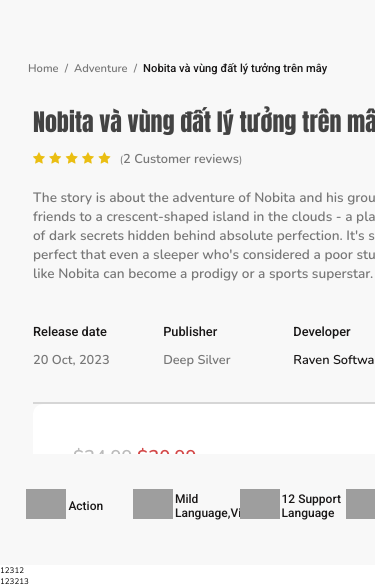
Repository: NguyenDinhThuyVy/TestWebsite
Page: detail.html
An editor plug-in stored every save of this project. The page is shown before and after the next save, followed by the edit.
The browser window is 375 px wide. The pictures show the part of the page from y = 600 to 1483 px (the page is 1187 px tall before and 1483 px after).
Pictures or frames that could not be fetched are drawn as grey boxes. Some web fonts or font styles are not loaded; a fallback is used.

Above is the page before, as saved 2023-09-30 21:56:44.

### detail.html
<!DOCTYPE html>
<html lang="en">
  <head>
    <meta charset="UTF-8" />
    <meta name="viewport" content="width=device-width, initial-scale=1.0" />
    <title>Document</title>
    <link rel="preconnect" href="https://fonts.gstatic.com" />
    <link
      href="https://fonts.googleapis.com/css2?family=Poppins:wght@400;600&display=swap"
      rel="stylesheet"
    />
    <link
      rel="stylesheet"
      href="https://cdnjs.cloudflare.com/ajax/libs/font-awesome/4.7.0/css/font-awesome.min.css"
      integrity="sha512-SfTiTlX6kk+qitfevl/7LibUOeJWlt9rbyDn92a1DqWOw9vWG2MFoays0sgObmWazO5BQPiFucnnEAjpAB+/Sw=="
      crossorigin="anonymous"
    />
    <link
      href="https://fonts.googleapis.com/css2?family=Poppins:wght@300;400;700&display=swap"
      rel="stylesheet"
    />
    <link rel="stylesheet" href="./style.css" />
  </head>
  <body>
    <div class="content">
      <section class="content-wrapper">
        <!-- Start main detail area -->
        <div class="detail-wrapper">
          <!-- Start product-view area -->
          <div class="product-view">
            <img
              src="https://i.ebayimg.com/images/g/8vIAAOSwztNg1quw/s-l1600.jpg"
              alt=""
              class="product-img"
            />
            <div class="product-labels">
              <span class="product-onsale">-33%</span>
              <span class="product-feature">HOT</span>
            </div>
          </div>
          <!-- End product-view area -->
          <!-- Start product-content area -->
          <div class="product-content">
            <!-- Start header-detail area -->
            <div class="header-detail">
              <div class="path-detail">
                <nav class="product-path">
                  <a href="#" class="home">Home</a>
                  <a href="#" class="icon-division">/</a>
                  <a href="#" class="Adventure">Adventure</a>
                  <a href="#" class="icon-division">/</a>
                  <span class="product-name"
                    >Nobita và vùng đất lý tưởng trên mây</span
                  >
                </nav>
              </div>
              <div class="product-management">
                <i class="fa fa-angle-left product-pre"></i>
                <i class="fa fa fa-th-large product-large"></i>
                <i class="fa fa-angle-right product-next"></i>
              </div>
            </div>
            <!-- End header-detail area -->
            <!-- Start content-detail area -->
            <div class="content-detail">
              <div class="product-information">
                <h1 class="product-title">
                  Nobita và vùng đất lý tưởng trên mây
                </h1>
                <div class="product-reviews">
                  <i class="fa fa-solid fa-star fa-2xl icon-star"></i>
                  <i class="fa fa-solid fa-star fa-2xl icon-star"></i>
                  <i class="fa fa-solid fa-star fa-2xl icon-star"></i>
                  <i class="fa fa-solid fa-star fa-2xl icon-star"></i>
                  <i class="fa fa-solid fa-star fa-2xl icon-star"></i>
                  <span class="customer-review"
                    >(<a href="#" class="customer-review-link"
                      >2 Customer reviews</a
                    >)</span
                  >
                </div>
                <div class="product-description">
                  <p>
                    The story is about the adventure of Nobita and his group of
                    friends to a crescent-shaped island in the clouds - a place
                    full of dark secrets hidden behind absolute perfection. It's
                    so perfect that even a sleeper who's considered a poor
                    student like Nobita can become a prodigy or a sports
                    superstar.
                  </p>
                </div>
                <div class="orther-information">
                  <div class="release-date">
                    <span class="orther-title">Release date</span>
                    <span class="info">20 Oct, 2023</span>
                  </div>
                  <div class="publisher">
                    <span class="orther-title">Publisher</span>
                    <span class="info">Deep Silver</span>
                  </div>
                  <div class="developer">
                    <span class="orther-title">Developer</span>
                    <a href="#" class="dev-link">Raven Software</a>
                  </div>
                </div>
              </div>
              <!-- Start product-purchase-table area -->
              <div class="product-purchase-table">
                <div class="product-price">
                  <span class="old-price">$34.99</span>
                  <span class="current-price">$20.99</span>
                </div>
                <div class="platform">
                  <span class="plat-text">Platform:</span>
                  <div class="plat-dropdown">
                    <span class="dropdown-text">Choose an option</span>
                    <i class="fa fa-light fa-chevron-down icon-down"></i>
                  </div>
                </div>
                <div class="edition">
                  <span class="edi-text">Edition:</span>
                  <div class="edi-dropdown">
                    <span class="dropdown-text">Choose an option</span>
                    <i class="fa fa-light fa-chevron-down icon-down"></i>
                  </div>
                </div>
                <div class="product-payment">
                  <div class="col-wrap product-number">
                    <div class="col col-minus">
                      <i class="fa fa-light fa-minus fa-xs"></i>
                    </div>
                    <div class="col col-number">
                      <span>1</span>
                    </div>
                    <div class="col col-plus">
                      <i class="fa fa-light fa-plus fa-xs"></i>
                    </div>
                  </div>
                  <button class="product-add">
                    <span class="add-text">Add To Cart</span>
                  </button>
                  <button class="product-buy">
                    <span class="buy-text">Buy Now</span>
                  </button>
                </div>
                <footer class="another-choice">
                  <div class="favorite-product">
                    <a href="#" class="favpro-text">
                      <i class="fa fa-heart-o icon-heart"></i> Add to
                      wishlist</a
                    >
                  </div>
                  <div class="product-share">
                    <span class="prosha-text">Share:</span>
                    <a href="#" class="social-network icon-facebook"
                      ><i class="fa fa-brands fa-facebook-f icon-facebook"></i
                    ></a>
                    <a href="#" class="social-network icon-twitter"
                      ><i class="fa fa-brands fa-twitter icon-twitter"></i
                    ></a>
                    <a href="#" class="social-network icon-mail"
                      ><i class="fa fa-solid fa-envelope icon-mail"></i
                    ></a>
                    <a href="#" class="social-network icon-telegram"
                      ><i class="fa fa-brands fa-telegram icon-telegram"></i
                    ></a>
                  </div>
                </footer>
              </div>
              <!-- End product-purchase-table area -->
            </div>
            <!-- End content-detail area -->
            <div class="footer-content">
              <table class="footer-tb">
                <tbody class="footer-detail">
                  <tr class="action">
                    <th class="item-label">
                      <img
                        src="	https://woodmart.b-cdn.net/games/wp-content/uploads/sites/14/2023/05/wd-vgs-product-genre-w.svg"
                        alt=""
                        class="img-item"
                      />
                    </th>
                    <td class="item-value">
                      <p><a href="#">Action</a></p>
                    </td>
                  </tr>
                  <tr class="mild-language">
                    <th class="item-label">
                      <img
                        src="	https://woodmart.b-cdn.net/games/wp-content/uploads/sites/14/2023/07/PEGI_12.jpg.webp"
                        alt=""
                        class="img-item"
                      />
                    </th>
                    <td class="item-value">
                      <p><a href="#">Mild Language,Violence</a></p>
                    </td>
                  </tr>
                  <tr class="support-language">
                    <th class="item-label">
                      <img
                        src="	https://woodmart.b-cdn.net/games/wp-content/uploads/sites/14/2023/05/wd-vgs-product-languages-w.svg"
                        alt=""
                        class="img-item"
                      />
                    </th>
                    <td class="item-value">
                      <p><a href="#">12 Support Language</a></p>
                    </td>
                  </tr>
                  <tr class="single-player">
                    <th class="item-label">
                      <img
                        src="	https://woodmart.b-cdn.net/games/wp-content/uploads/sites/14/2023/05/wd-vgs-product-features-w.svg"
                        alt=""
                        class="img-item"
                      />
                    </th>
                    <td class="item-value">
                      <p><a href="#">12 Support Language</a></p>
                    </td>
                  </tr>
                </tbody>
              </table>
            </div>
          </div>
          <!-- End product-content area -->
        </div>
        <!-- End  main detail area -->
        <!-- {/* Specification */} -->
        <div>12312</div>
        <!-- {/* Customer Reviews */} -->
        <div>123213</div>
      </section>
    </div>
  </body>
</html>

### style.css
@import url("https://fonts.googleapis.com/css2?family=Merienda+One&family=Nunito:wght@200;300;400;500;600&display=swap");
@import url('https://fonts.googleapis.com/css2?family=Anton&family=Archivo+Black&family=Bebas+Neue&family=Borel&family=Cabin&family=Montserrat&family=Oswald:wght@200&family=Roboto:wght@500&display=swap');



:root {
  --title-color: rgb(67, 67, 67);
  --line-color: #adabab37;
  --white: rgb(255, 253, 253);
  --main-color: #F7F7F7;
  --bcg-detail-color: #f8f8f8;
  --labels-color: #fdf7f7;
  --product-purchase-table: #ffffff;
  --hover-color: #c81d1dce;
  --bcg-add: #ce1515c4;
  --star-color: #EABE12;
  --black: #191717;
  --white: #fff;
  --light-color: #eac794;
  --border: .2rem solid var(--black);
  --box-shadow: 0 .5rem 1rem rgba(0, 0, 0, .1);
  --fontcolor: #777777;
  --icon-down: #77777758;
  --old-price: #BBBBBB;
  --boder-number: #c62323b5;
  --bcg-add-hover: #bc1313dd;
  --bcg-buy: #c73d3d77
}

* {
  font-family: 'Nunito', sans-serif;
  margin: 0;
  padding: 0;
  -webkit-box-sizing: border-box;
  box-sizing: border-box;
  outline: none;
  border: none;
  text-decoration: none;
  text-transform: none;
}

*::-moz-selection {
  background-color: var(--bcg-detail-color);
  color: var(--white);
}

*::selection {
  background-color: var(--bcg-detail-color);
  color: var(--white);
}

::-webkit-scrollbar {
  height: 0.5rem;
  width: 1rem;
}

::-webkit-scrollbar-track {
  background-color: transparent;
}

::-webkit-scrollbar-thumb {
  background-color: var(--li);
}

html {
  font-size: 62.5%;
  overflow-x: hidden;
  scroll-behavior: smooth;
  scroll-padding-top: 6.5rem;
}

/*detail-wrapper  */
.detail-wrapper {
  display: grid;
  grid-template-columns: 30% 70%;
  background-color: var(--bcg-detail-color);
  height: 650px;
  overflow: hidden;
  /* align-items: stretch; */
}

/* <!-- Start product-view area --> */
.product-view {
  font-size: 2rem;
  margin: 20px 20px 40px 20px;
  width: 100%;
  height: 580px;
  /* height: 100; */
  overflow: hidden;
  position: relative;
}

.product-view .product-img {
  object-fit: cover;
  height: 100%;
  width: 100%;
  border-radius: 10px;
  border: #333 solid 1px;
}

.product-view .product-labels {
  position: absolute;
  top: 0;
  right: 0;
  z-index: 2;
  margin: 15px;
  display: flex;
  flex-direction: column;
  width: 50px;
}

.product-view .product-labels .product-onsale,
.product-view .product-labels .product-feature {
  border-radius: 20px;
  background-color: var(--labels-color);
  text-align: center;
  margin-bottom: 10px;
  padding: 5px;
  font-size: 1.1rem;
  font-weight: 900;
}

/* <!-- End product-view area --> */

/* <!-- Start product-content area --> */
.product-content {
  width: 100%;
  margin: 20px 20px 20px 30px;
  width: auto;
}

/*  <!-- Start header-detail area --> */
.header-detail {
  background-color: var(--bcg-detail-color);
  z-index: 1000;
  display: flex;
  justify-content: space-between;
  align-items: center;
}

.header-detail .path-detail {
  display: -webkit-box;
  display: -ms-flexbox;
  display: flex;
  -webkit-box-align: center;
  position: relative;
  padding: 0 2rem;
}


.header-detail .path-detail .product-path a,
.header-detail .path-detail .product-name {
  margin-left: 0.5rem;
  font-size: 1.4rem;
  color: var(--fontcolor);
  text-decoration: none;
  font-weight: 800;
}

.header-detail .path-detail .product-name {
  color: var(--black);
  font-family: 'Roboto', sans-serif;
  font-weight: 150;
}

.header-detail .path-detail .product-path a:hover:not(.icon-division) {
  text-decoration: underline;
  color: var(--black);
  text-decoration: none;
}

.header-detail .product-management {
  font-size: 1.5rem;
  color: var(--black);
  cursor: pointer;
}

.header-detail .product-management .product-large {
  margin: 0 10px
}

/*   <!-- End header-detail area --> */

/*     <!-- Start content-detail area --> */
.content-detail {
  margin: 28px 0px 0px 25px;
  display: grid;
  grid-template-columns: 60% 40%;
  overflow: hidden;
  height: 350px;
}

.content-detail .product-information {
  margin-right: 10px;
}

.content-detail .product-information .product-title {
  font-family: 'Anton', sans-serif;
  font-size: 3rem;
  font-weight: 250;
  color: var(--title-color);
}

.content-detail .product-information .product-reviews {
  margin: 10px 0px 20px 0px;
}

.content-detail .product-information .product-reviews .icon-star {
  margin-right: 0.3rem;
  color: var(--star-color);
  font-size: 1.6rem;
}

.content-detail .product-information .product-reviews .customer-review {
  color: var(--fontcolor);
  font-size: 1.3rem;
  margin-left: 5px;
}

.content-detail .product-information .product-reviews .customer-review .customer-review-link {
  color: var(--fontcolor);
  font-size: 1.6rem;
  font-weight: 800;
}

.content-detail .product-information .product-reviews .customer-review .customer-review-link:hover {
  color: var(--black);
}

.content-detail .product-information .product-description {
  color: var(--fontcolor);
  font-size: 1.7rem;
  font-weight: 600;
  margin-bottom: 41px;
}

.content-detail .product-information .orther-information {
  height: 80px;
  display: grid;
  grid-template-columns: calc(100%/3) calc(100%/3) calc(100%/3);
  border-bottom: var(--line-color) outset 2px;
}

.content-detail .product-information .orther-information .release-date,
.publisher,
.developer {
  font-size: 1.6rem;
  font-weight: 600;
  display: grid;
  grid-template-rows: 35% 35%;
}

.content-detail .product-information .orther-information .orther-title {
  color: var(--black);
  font-family: 'Roboto', sans-serif;
  font-weight: 150;
}

.content-detail .product-information .orther-information .info {
  color: var(--fontcolor);
}

.content-detail .product-information .orther-information .dev-link {
  color: var(--black);
}

.content-detail .product-information .orther-information .dev-link:hover {
  color: var(--hover-color)
}

/*      <!-- Start product-purchase-table area --> */

.content-detail .product-purchase-table {
  width: 100%;
  background-color: var(--product-purchase-table);
  padding: 40px;
  border-radius: 10px;
  /* font-family: 'Roboto', sans-serif; */
}

.content-detail .product-purchase-table .product-price {
  font-family: 'Roboto', sans-serif;
  font-size: 2.3rem;
  font-weight: 900;
}

.content-detail .product-purchase-table .product-price .old-price {
  text-decoration: line-through;
  color: var(--old-price);
}

.content-detail .product-purchase-table .product-price .current-price {
  color: var(--hover-color);
}

.content-detail .product-purchase-table .platform,
.content-detail .product-purchase-table .edition {
  margin-top: 15px;
  display: grid;
  grid-template-columns: 26% 72%;
  font-family: 'Roboto', sans-serif;
  font-size: 1.6rem;
  align-items: center;
  height: 50px;
}

.content-detail .product-purchase-table .platform .plat-text,
.content-detail .product-purchase-table .edition .edi-text {
  font-weight: 800;
}

.content-detail .product-purchase-table .platform .plat-dropdown,
.content-detail .product-purchase-table .edition .edi-dropdown {
  display: flex;
  border: var(--line-color) solid 2px;
  border-radius: 20px;
  padding: 10px;
  font-size: 1.3rem;
  align-items: center;
  justify-content: space-between;
  color: var(--fontcolor);
  cursor: pointer;
}

.content-detail .product-purchase-table .platform .plat-dropdown .icon-down,
.content-detail .product-purchase-table .edition .edi-dropdown .icon-down {
  color: var(--icon-down);
}

.content-detail .product-purchase-table .product-payment {
  width: 100%;
  height: 50px;
  display: grid;
  margin-top: 20px;
  grid-template-columns: 30% 40% 30%;
  place-items: center;
}

.content-detail .product-purchase-table .product-payment .product-number {
  overflow: hidden;
  display: table;
  width: 95%;
  height: 40px;
  vertical-align: middle;
  text-align: center;
  margin-right: 10px;
}

.content-detail .product-purchase-table .product-payment .product-number .col {
  display: table-cell;
  padding: 0.6rem;
  vertical-align: middle;
  text-align: center;
}

.content-detail .product-purchase-table .product-payment .product-number .col-number {
  border-top: var(--line-color) solid 2px;
  border-bottom: var(--line-color) solid 2px;
  color: var(--fontcolor);
  font-size: 1.3rem;
}

.content-detail .product-purchase-table .product-payment .product-number .col-plus {
  border: var(--line-color) solid 2px;
  border-radius: 0px 30px 30px 0px;
  cursor: pointer;
  color: var(--fontcolor);
  font-weight: 100;
  font-size: 1.1rem;
}

.content-detail .product-purchase-table .product-payment .product-number .col-minus {
  border: var(--line-color) solid 2px;
  border-radius: 30px 0px 0px 30px;
  cursor: pointer;
  color: var(--fontcolor);
  font-weight: 100;
  font-size: 1.1rem;
}

.content-detail .product-purchase-table .product-payment .product-number .col-plus:hover,
.content-detail .product-purchase-table .product-payment .product-number .col-minus:hover {
  background-color: var(--hover-color);
  border: var(--boder-number) solid 2px;
  color: var(--white);
}

.content-detail .product-purchase-table .product-payment .product-add {
  font-family: 'Roboto', sans-serif;
  font-size: 1.4rem;
  font-weight: bolder;
  width: 90%;
  height: 40px;
  border: none;
  cursor: pointer;
  background-color: var(--bcg-add);
  border-radius: 20px;
  color: var(--white);
}

.content-detail .product-purchase-table .product-payment .product-add:hover {
  background-color: var(--bcg-add-hover);
}

.content-detail .product-purchase-table .product-payment .product-buy {
  font-family: 'Roboto', sans-serif;
  font-size: 1.4rem;
  font-weight: bolder;
  width: 95%;
  height: 40px;
  border: none;
  cursor: pointer;
  background-color: var(--bcg-buy);
  border-radius: 20px;
  color: var(--black)
}

.content-detail .product-purchase-table .product-payment .product-buy:hover {
  background-color: #8f3c3c30;
}

.content-detail .product-purchase-table .another-choice {
  display: grid;
  grid-template-columns: 50% 50%;
  margin-top: 23px;
  font-size: 1.6rem;
  font-weight: 900;
}

.content-detail .product-purchase-table .another-choice .favorite-product .favpro-text,
.content-detail .product-purchase-table .another-choice .product-share,
.content-detail .product-purchase-table .another-choice .product-share .prosha-text {
  color: var(--black);
  text-transform: none;
}

.content-detail .product-purchase-table .another-choice .favorite-product .favpro-text:hover {
  color: var(--fontcolor);
}

.content-detail .product-purchase-table .another-choice .product-share .social-network {
  color: var(--fontcolor);
  margin-left: 8px;
}

.content-detail .product-purchase-table .another-choice .product-share .social-network:hover {
  color: var(--black);
}

.product-content .footer-content {
  margin: 3.8rem 0px 0px 1.8rem;
}

.product-content .footer-content .footer-tb {
  width: 100%;
}

.product-content .footer-content .footer-detail {
  width: 100%;
  display: grid;
  grid-template-columns: calc(100% /4) calc(100% /4) calc(100% /4) calc(100% /4);
  height: 57px;
  overflow: hidden;
}


.product-content .footer-content .footer-detail .img-item {
  width: 5rem;
  height: 4rem;
  object-fit: contain;
}

.product-content .footer-content .footer-detail .item-value a {
  font-size: 1.5rem;
  color: var(--black);
  font-family: 'Roboto', sans-serif;
  font-weight: 150;
}

.product-content .footer-content .footer-detail .item-value a:hover {
  color: var(--bcg-add-hover);
}

@media(max-width: 991px) {
  html {
    font-size: 55%;
  }
}

@media(max-width: 600px) {
  html {
    font-size: 55%;
  }

  .detail-wrapper {
    display: grid;
    grid-template-columns: 1fr;
    background-color: var(--bcg-detail-color);
    height: auto;
    overflow: hidden;
    /* align-items: stretch; */
  }

  .product-view {
    font-size: 2rem;
    margin: 20px 20px 40px 20px;
    width: 88%;
    height: 580px;
    /* height: 100; */
    overflow: hidden;
    position: relative;
  }

  .product-content {
    width: 90%;
    margin: 20px 20px 20px 8px;
  }

  .content-detail {
    margin: 28px 0px 0px 25px;
    display: grid;
    grid-template-columns: 1fr;
    overflow: hidden;
    height: 350px;
  }

}

@media(max-width: 450px) {
  html {
    font-size: 50%;
  }
}

After the next save:
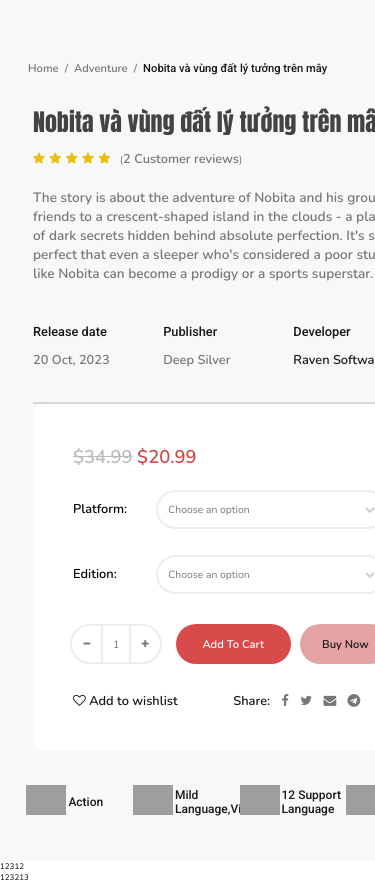
Saved 5 s later.
--- a/style.css
+++ b/style.css
@@ -521,7 +521,7 @@ html {
     display: grid;
     grid-template-columns: 1fr;
     overflow: hidden;
-    height: 350px;
+    height: auto;
   }
 
 }
